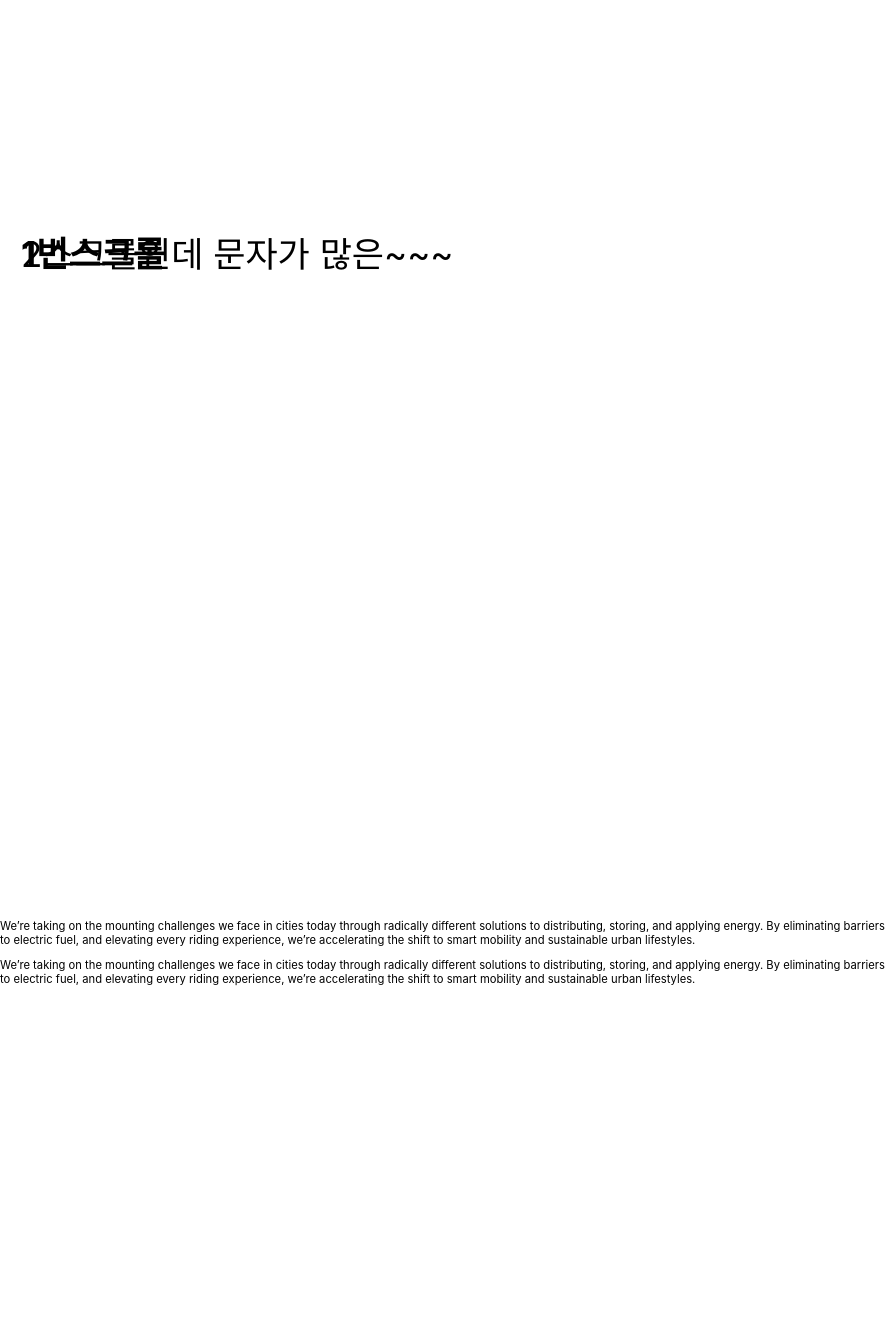
Repository: jiyeonyun/etc
Page: / (app in job/)
The author's editor kept a copy of each file at every save. The page is drawn from the files as they stood at one save, then again after the next save.
The browser window is 1280 px wide. The pictures show the part of the page from y = 0 to 1920 px (the page is 2608 px tall), at 70% of full size.
The project was rebuilt for these pictures with package versions that can differ from the ones it lists, and the page was loaded fresh each time.

Above is the page before, as saved 2022-05-19 09:15:47.

### job/src/index.js
import React from 'react';
import ReactDOM from 'react-dom';
import './index.css';
import App from './app';
import reportWebVitals from './reportWebVitals';

ReactDOM.render(
  <React.StrictMode>
    <App />
  </React.StrictMode>,
  document.getElementById('root')
);
reportWebVitals();

### job/src/app.jsx
import styles from './app.module.css';
import Header from './components/header/header';
import Info from './components/info/info';

function App() {
  return (
    <div>
      <Header/>
      <Info/>
    </div>
  );
}

export default App;

### job/src/components/header/header.jsx
import React from 'react';
import styles from './header.module.css';
const Header = (props) => {
  return <header></header>;
};

export default Header;

### job/src/components/info/info.jsx
import React, { useEffect, useState } from 'react';
import styles from './info.module.css';
const Info = (props) => {
  const [scrollY, setScrollY] = useState(0);
  const handleFollow = () => {
    setScrollY(window.pageYOffset); // window 스크롤 값을 ScrollY에 저장
  };
  useEffect(() => {
    console.log('ScrollY is ', scrollY); // ScrollY가 변화할때마다 값을 콘솔에 출력
  }, [scrollY]);

  useEffect(() => {
    const watch = () => {
      window.addEventListener('scroll', handleFollow);
    };
    watch(); // addEventListener 함수를 실행
    return () => {
      window.removeEventListener('scroll', handleFollow); // addEventListener 함수를 삭제
    };
  });

  return (
    <main>
      <section>
        <div className={styles.scrollContainer}>
          <div className={styles.stickyCopy}>
            <div className={scrollY >= 168 ? styles.addFirst : styles.copyFirst}>
              <h1 className={styles.title}>1번스크롤</h1>
            </div>
            <div className={styles.copySecond}>
              <p className={styles.title}>2스크롤인데 문자가 많은~~~</p>
            </div>
          </div>
        </div>
        <div className={styles.scroll2}>
          <p>
            We’re taking on the mounting challenges we face in cities today through radically
            different solutions to distributing, storing, and applying energy. By eliminating
            barriers to electric fuel, and elevating every riding experience, we’re accelerating the
            shift to smart mobility and sustainable urban lifestyles.
          </p>
          <p>
            We’re taking on the mounting challenges we face in cities today through radically
            different solutions to distributing, storing, and applying energy. By eliminating
            barriers to electric fuel, and elevating every riding experience, we’re accelerating the
            shift to smart mobility and sustainable urban lifestyles.
          </p>
        </div>
      </section>
    </main>
  );
};

export default Info;

### job/src/components/info/info.module.css
.scrollContainer {
  position: relative;
  height: 180vh;
}
.scroll2 {
  position: relative;
  height: 180vh;
}
.stickyCopy {
  position: sticky;
  display: flex;
  top: 0;
  height: 100vh;
  justify-content: center;
  align-items: center;
  overflow: hidden;
  margin-left: auto;
  margin-right: auto;
}
.title {
  font-size: 50px;
}
.copyFirst,
.copySecond {
  position: absolute;
  padding: 0 30px;
  box-sizing: border-box;
  width: 100%;
  pointer-events: none;
  transform: translate(0px, 0px);
  opacity: 1;
}
.addSecond {
  position: absolute;
  padding: 0 30px;
  box-sizing: border-box;
  width: 100%;
  pointer-events: none;
  transform: translate(0px, 171px);
  opacity: 0;
}
.addFirst {
  position: absolute;
  padding: 0 30px;
  box-sizing: border-box;
  width: 100%;
  pointer-events: none;
  transform: translate(0px, -171px);
  opacity: 0;
}

Loaded but not shown: job/public/index.html (common file); job/src/index.css (common file); job/src/reportWebVitals.js (common file); job/src/app.module.css (no stored copy; drawn as an empty file); job/src/components/header/header.module.css (no stored copy; drawn as an empty file)

After the next save:
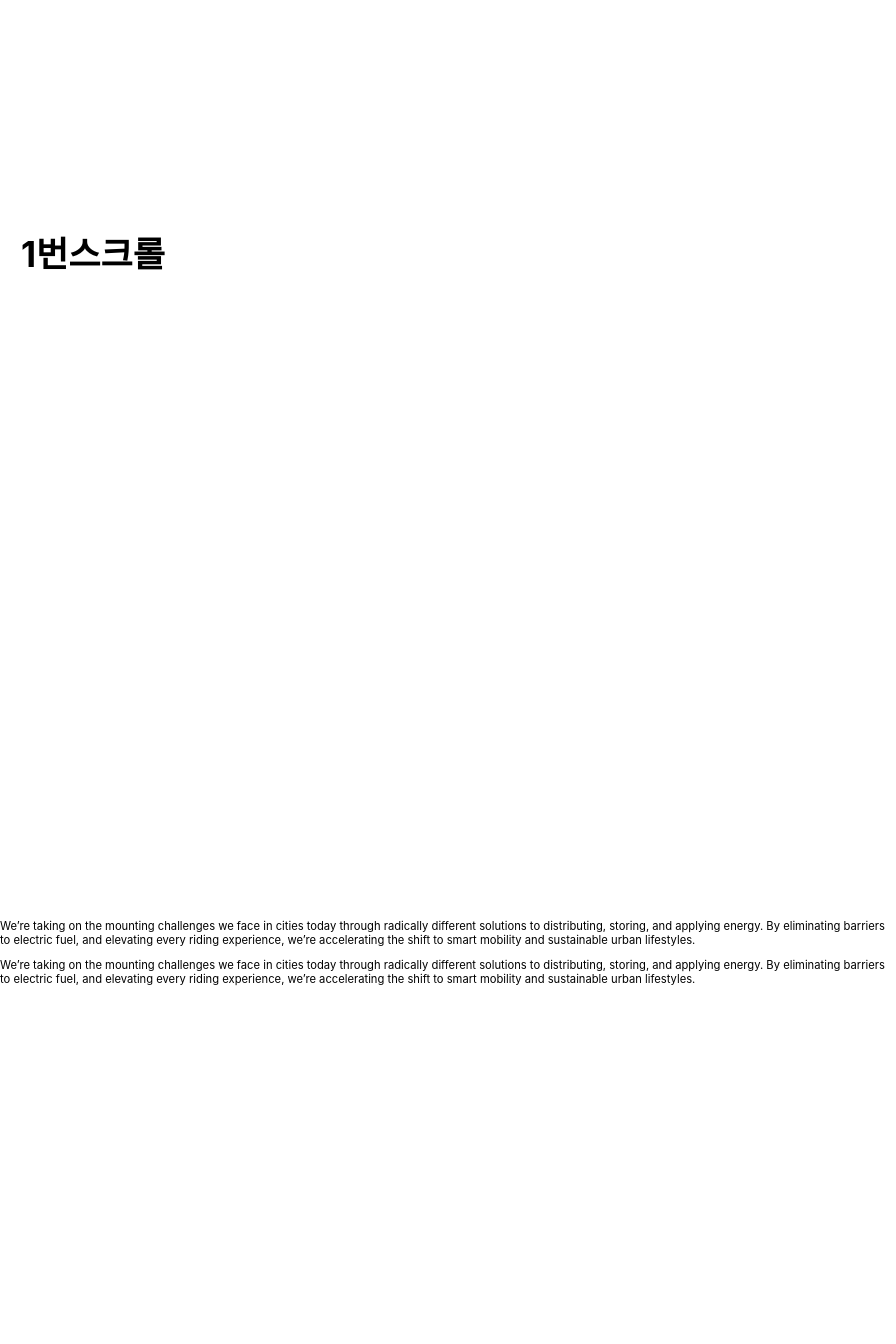
Saved 30 s later.
--- a/job/src/components/info/info.jsx
+++ b/job/src/components/info/info.jsx
@@ -27,7 +27,7 @@
             <div className={scrollY >= 168 ? styles.addFirst : styles.copyFirst}>
               <h1 className={styles.title}>1번스크롤</h1>
             </div>
-            <div className={styles.copySecond}>
+            <div className={scrollY >= 168 ? styles.copySecond : styles.addSecond}>
               <p className={styles.title}>2스크롤인데 문자가 많은~~~</p>
             </div>
           </div>

After the 4 saves that followed:
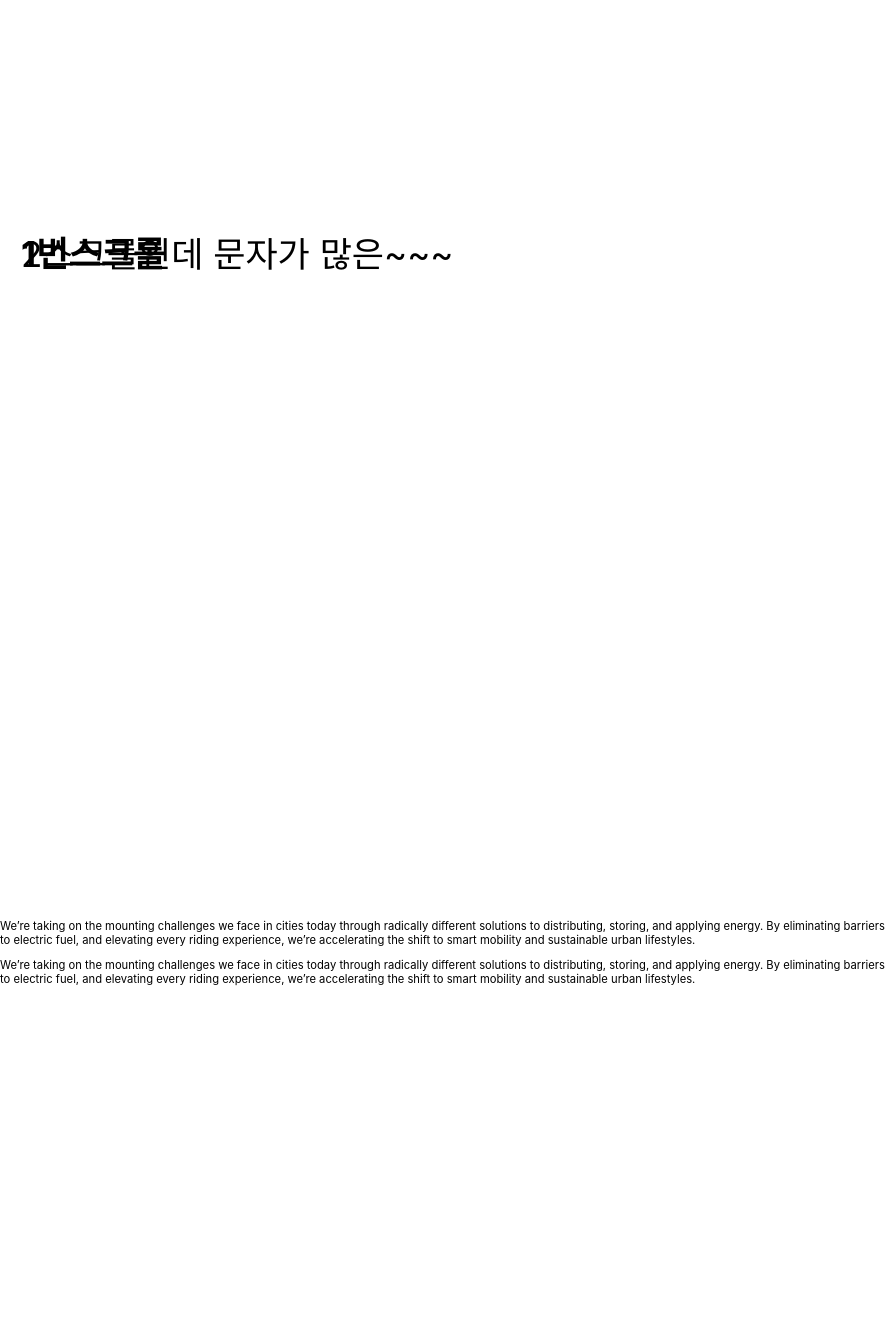
The 4 saves are shown as one change because 3 left the picture as it was.
The last was saved 89 s later.
--- a/job/src/components/info/info.jsx
+++ b/job/src/components/info/info.jsx
@@ -24,10 +24,10 @@
       <section>
         <div className={styles.scrollContainer}>
           <div className={styles.stickyCopy}>
-            <div className={scrollY >= 168 ? styles.addFirst : styles.copyFirst}>
+            <div className={styles.copyFirst}>
               <h1 className={styles.title}>1번스크롤</h1>
             </div>
-            <div className={scrollY >= 168 ? styles.copySecond : styles.addSecond}>
+            <div className={styles.copySecond}>
               <p className={styles.title}>2스크롤인데 문자가 많은~~~</p>
             </div>
           </div>
--- a/job/src/components/info/info.module.css
+++ b/job/src/components/info/info.module.css
@@ -31,20 +31,10 @@
   opacity: 1;
 }
 .addSecond {
-  position: absolute;
-  padding: 0 30px;
-  box-sizing: border-box;
-  width: 100%;
-  pointer-events: none;
   transform: translate(0px, 171px);
   opacity: 0;
 }
 .addFirst {
-  position: absolute;
-  padding: 0 30px;
-  box-sizing: border-box;
-  width: 100%;
-  pointer-events: none;
   transform: translate(0px, -171px);
   opacity: 0;
 }
